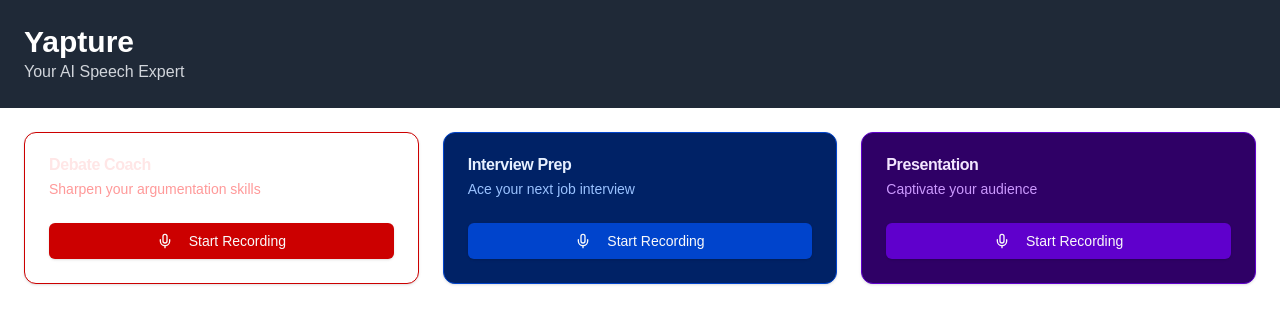
Repository: pghiasia/elevenlabs-hackathon
Page: /
These files come from the project's save history. The page is drawn as it stood at one moment and after the next save; the edit follows.
The browser window is 1280 px wide. The pictures show the whole page.
The project was rebuilt for these pictures with package versions that can differ from the ones it lists, and the page was loaded fresh each time. The framework's server and built-in components were replaced by stand-ins that run in the browser. Also part of the build but not shown: next.config.ts.

Above is the page before, as saved 2024-11-09 16:57:05.

After the next save:
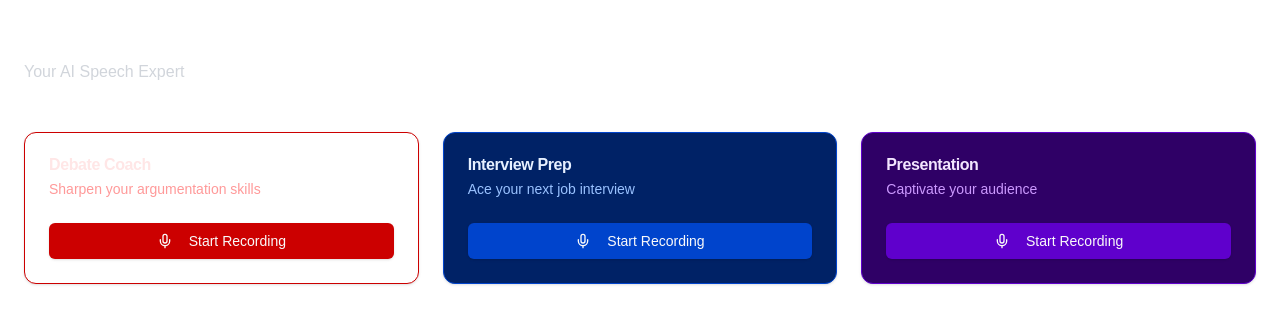
Saved 9 s later.
--- a/src/app/page.tsx
+++ b/src/app/page.tsx
@@ -39,7 +39,7 @@ const categories = [
 export default function Home() {
   return (
     <div className="min-h-screen bg-0a2463 text-white">
-      <header className="p-6 bg-gray-800">
+      <header className="p-6 bg-0a2463">
         <h1 className="text-3xl font-bold">Yapture</h1>
         <p className="text-gray-300">Your AI Speech Expert</p>
       </header>
